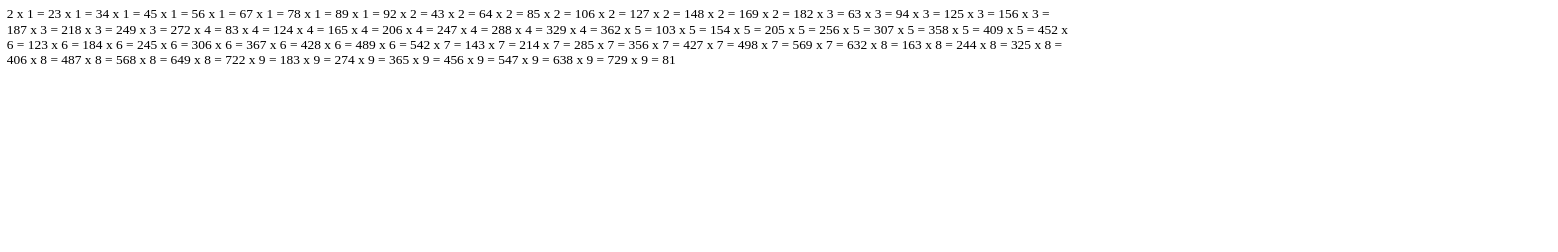
Repository: 5anniversary/JSPhw
Page: http://localhost/lecture1/gugu2.jsp
These files come from the project's save history. The page is drawn as it stood at one moment and after the next save; the edit follows.
The browser window is 1280 px wide. The page is 1280 px wide, then 1855 px, so the pictures cover 1855 px, including what lies to the right of the window. The pictures show the whole page, at 84% of full size.
The page is served by Tomcat 9. Other server files are loaded and not shown.

Above is the page before, as saved 2020-04-11 12:09:22.

### lecture1/WebContent/gugu2.jsp
<%@ page language="java" contentType="text/html; charset=UTF-8"
	pageEncoding="UTF-8"%>
<!DOCTYPE html>
<html>
<style>
table {
	border: 1px solid;
	border-collapse: collapse;
}
tr, td {
	border: 1px solid;
	padding: 5px;
}
</style>
<head>
<meta charset="UTF-8">
<title>Insert title here</title>
</head>
<body>
<table>
	<%
		for (int i = 1; i < 10; i++) {
			for (int j = 2; j < 10; j++) {
				out.println(
					"<tr>"+ j + " x " + i + " = " + (i * j) + "</tr>"
				);
			}
		}
	%>
</table>
</body>
</html>

After the next save:
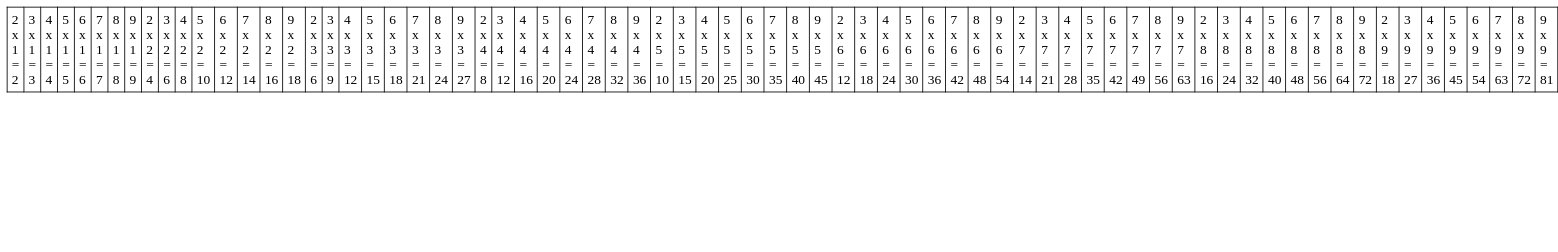
Saved 33 s later.
--- a/lecture1/WebContent/gugu2.jsp
+++ b/lecture1/WebContent/gugu2.jsp
@@ -22,7 +22,7 @@
 		for (int i = 1; i < 10; i++) {
 			for (int j = 2; j < 10; j++) {
 				out.println(
-					"<tr>"+ j + " x " + i + " = " + (i * j) + "</tr>"
+					"<td>"+ j + " x " + i + " = " + (i * j) + "</td>"
 				);
 			}
 		}
